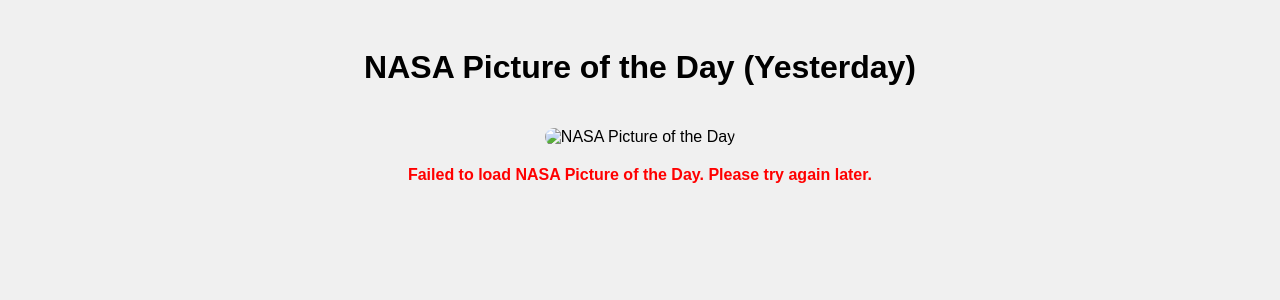
Repository: Larshalvorhansen/personalWebsite
Page: content/infoskjermV2/tempern.html
The author's editor kept a copy of each file at every save. The page is drawn from the files as they stood at one save, then again after the next save.
The browser window is 1280 px wide. The pictures show the whole page.
The page's requests for data from a server got no answer.

Above is the page before, as saved 2025-02-17 12:30:21.

After the next save:
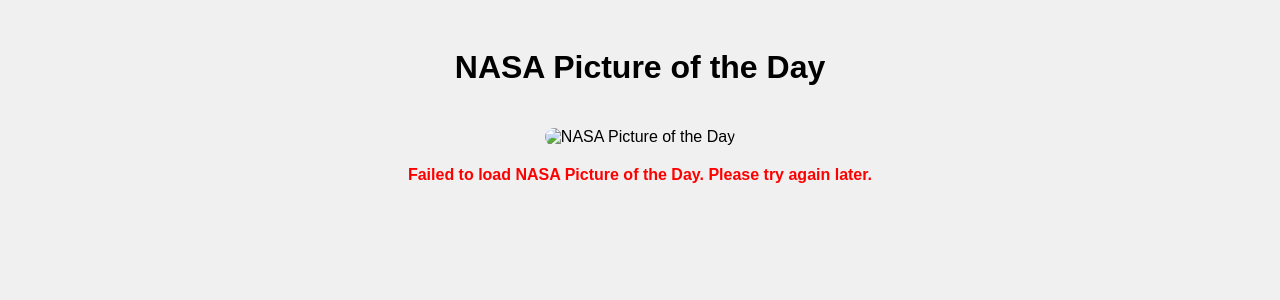
Saved 29 s later.
--- a/content/infoskjermV2/tempern.html
+++ b/content/infoskjermV2/tempern.html
@@ -43,7 +43,7 @@
 </head>
 
 <body>
-    <h1>NASA Picture of the Day (Yesterday)</h1>
+    <h1>NASA Picture of the Day</h1>
     <div id="apod">
         <div id="title"></div>
         <img id="nasa-image" src="" alt="NASA Picture of the Day">
